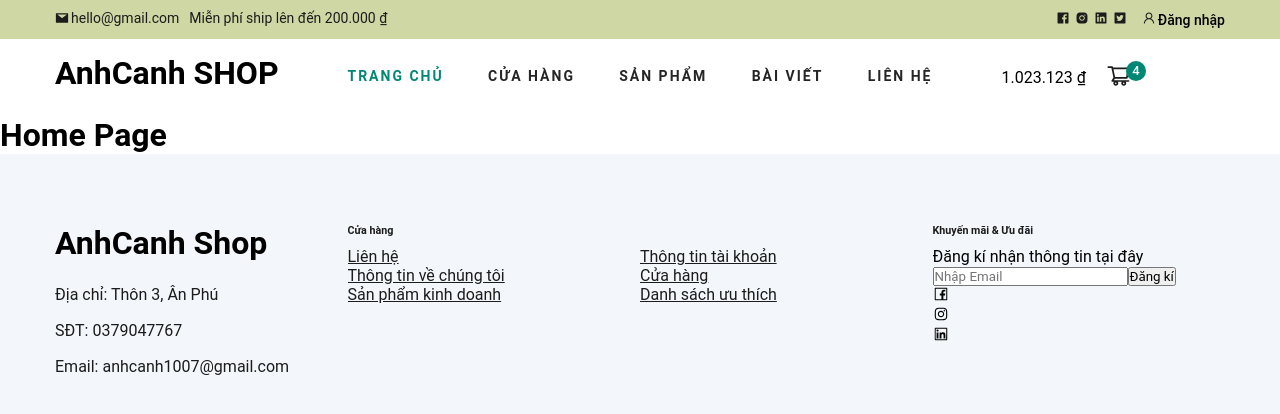
Repository: anhcanh1007/show_product
Page: /
An editor plug-in stored every save of this project. The page is shown before and after a run of saves, followed by the edit.
The browser window is 1280 px wide. The pictures show the whole page.
The project was rebuilt for these pictures with package versions that can differ from the ones it lists, and the page was loaded fresh each time. Imported but missing from the stored project, and not drawn on this page: src/pages/user/profilePage.

Above is the page before, as saved 2024-01-26 23:05:44.

### src/index.js
import React from "react";
import ReactDOM from "react-dom/client";
import { BrowserRouter } from "react-router-dom";
import RouterCustom from "./router";
import "./style/style.scss";

const root = ReactDOM.createRoot(document.getElementById("root"));
root.render(
  <BrowserRouter>
    <RouterCustom />
  </BrowserRouter>
);

// If you want to start measuring performance in your app, pass a function
// to log results (for example: reportWebVitals(console.log))
// or send to an analytics endpoint. Learn more: https://bit.ly/CRA-vitals

### src/router.js
import { ROUTERS } from "./utils/router";
import HomePage from "./pages/user/homePage";
import ProfilePage from "./pages/user/profilePage";
import { Route, Routes } from "react-router-dom";
import MasterLayout from "./pages/user/theme/masterLayout";

const renderUserRouter = () => {
  const userRouters = [
    {
      path: ROUTERS.USER.HOME,
      component: <HomePage />,
    },
    {
      path: ROUTERS.USER.PROFILE,
      component: <ProfilePage />,
    },
  ];

  return (
    <MasterLayout>
      <Routes>
        {userRouters.map((item, key) => (
          <Route key={key} path={item.path} element={item.component} />
        ))}
      </Routes>
    </MasterLayout>
  );
};

const RouterCustom = () => {
  return renderUserRouter();
};

export default RouterCustom;

### src/style/style.scss
@import './pages/all';
@import './pages/responsive';

### src/utils/router.js
export const ROUTERS = {
  USER: {
    HOME: "",
    PROFILE: "thong-tin-ca-nhan",
  },
};

### src/pages/user/homePage/index.js
import { memo } from "react";

const HomePage = () => {
  return <h1>Home Page</h1>;
};

export default memo(HomePage);

### src/pages/user/theme/masterLayout/index.js
import { memo } from "react";
import Header from "../header";
import Footer from "../footer";

const MasterLayout = ({ children, ...props }) => {
  return (
    <div {...props}>
      <Header />
      {children}
      <Footer />
    </div>
  );
};

export default memo(MasterLayout);

### src/style/pages/_all.scss
@use "sass:map";
@import './theme';
@import './responsive';

html, body {
    margin: 0;
}

* {
    font-family: Roboto;
    padding: 0;
    margin: 0;
}

.container {
    max-width: 1170px;
    width: 100%;
    padding-left: 15px;
    padding-right: 15px;
    // background: map.get($theme-colors, "main");
    margin: auto;
}

.row {
    display: flex;
    flex-wrap: wrap;
}

.col-6 {
    flex: 0 0 50%;
    max-width: 50%;
}

.col-lg-3 {
    flex: 0 0 25%;
    max-width: 25%;
}

.col-lg-6 {
    flex: 0 0 50%;
    max-width: 50%;
}

@include Responsive($DESTOP) {
    .col-xl-3 {
        flex: 0 0 25%;
        max-width: 25%;
    }
    .col-xl-6 {
        flex: 0 0 50%;
        max-width: 50%;
    }
}

@include Responsive($MEDIUM_DEVICE) {
    .col-lg-3 {
        flex: 0 0 25%;
        max-width: 25%;
        background: red;
    }
}

### src/style/pages/_theme.scss
$theme-colors : (
    "main" : #008874,
    "normal_text": #1c1c1c,
    "bold_text": #252525,
)

### src/style/pages/_responsive.scss
$DESTOP: "DESTOP";
$MEDIUM_DEVICE: "MEDIUM_DEVICE";
$TABLE_DEVICE: "TABLE_DEVICE";
$WIDE_MOBILE: "WIDE_MOBILE";
$SMALL_DEVICES: "SMALL_DEVICES";

@mixin Responsive($canvas) {
    @if $canvas == $DESTOP {
        @media only screen and (min-width: 1200px){
            @content;
        }
    } @else if $canvas == $MEDIUM_DEVICE {
        @media only screen and (min-width: 992px) and (max-width: 1199px){
            @content;
        }
    } @else if $canvas == $TABLE_DEVICE {
        @media only screen and (min-width: 768px) and (max-width: 991px){
            @content;
        }
    } @else if $canvas == $WIDE_MOBILE {
        @media only screen and (max-width: 767px){
            @content;
        }
    } @else if $canvas == $MEDIUM_DEVICE {
        @media only screen and (max-width: 575px){
            @content;
        }
    }
}

### src/pages/user/theme/header/index.js
import { memo, useState } from "react";
import {
  AiFillFacebook,
  AiFillInstagram,
  AiFillLinkedin,
  AiFillMail,
  AiFillTwitterSquare,
  AiOutlineShoppingCart,
  AiOutlineUser,
} from "react-icons/ai";
import "./style.scss";
import { Link } from "react-router-dom";
import { formater } from "utils/formater";
import { ROUTERS } from "utils/router";

const Header = () => {
  const [menus, setMenus] = useState([
    {
      name: "Trang chủ",
      path: ROUTERS.USER.HOME,
    },
    {
      name: "Cửa hàng",
      path: ROUTERS.USER.HOME,
    },
    {
      name: "Sản phẩm",
      path: "",
      isShowSubmenu: false,
      child: [
        {
          name: "Thịt",
          path: "",
        },
        {
          name: "Rau củ",
          path: "",
        },
        {
          name: "Thức ăn nhanh",
          path: "",
        },
      ],
    },
    {
      name: "Bài viết",
      path: ROUTERS.USER.HOME,
    },
    {
      name: "Liên hệ",
      path: ROUTERS.USER.HOME,
    },
  ]);
  return (
    <>
      <div className="header__top">
        <div className="container">
          <div className="row">
            <div className="col-6 header__top_left">
              <ul>
                <li>
                  <AiFillMail />
                  <span>hello@gmail.com</span>
                </li>
                <li>Miễn phí ship lên đến {formater(200000)}</li>
              </ul>
            </div>
            <div className="col-6 header__top_right">
              <ul>
                <li>
                  <Link to={""}>
                    <AiFillFacebook />
                  </Link>
                </li>
                <li>
                  <Link to={""}>
                    <AiFillInstagram />
                  </Link>
                </li>
                <li>
                  <Link to={""}>
                    <AiFillLinkedin />
                  </Link>
                </li>
                <li>
                  <Link to={""}>
                    <AiFillTwitterSquare />
                  </Link>
                </li>
                <li>
                  <Link to={""}>
                    <AiOutlineUser />
                  </Link>
                  <span>Đăng nhập</span>
                </li>
              </ul>
            </div>
          </div>
        </div>
      </div>
      <div className="container">
        <div className="row">
          <div className="col-xl-3">
            <div className="header__logo">
              <h1>AnhCanh SHOP</h1>
            </div>
          </div>
          <div className="col-xl-6">
            <nav className="header__menu">
              <ul>
                {menus?.map((menu, menuKey) => (
                  <li key={menuKey} className={menuKey === 0 ? "active" : ""}>
                    <Link to={menu.path}>{menu.name}</Link>
                    {menu.child && (
                      <ul className="header__menu_dropdown">
                        {menu.child.map((childItem, childKey) => (
                          <li key={`${menuKey}-${childKey}`}>
                            <Link to={childItem.path}>{childItem.name}</Link>
                          </li>
                        ))}
                      </ul>
                    )}
                  </li>
                ))}
              </ul>
            </nav>
          </div>
          <div className="col-xl-3">
            <div className="header__cart">
              <div className="header__cart_price">
                <span>{formater(1023123)}</span>
              </div>
              <ul>
                <li>
                  <Link to="#">
                    <AiOutlineShoppingCart /> <span>4</span>
                  </Link>
                </li>
              </ul>
            </div>
          </div>
        </div>
      </div>
    </>
  );
};

export default memo(Header);

### src/pages/user/theme/footer/index.js
import { memo } from "react";
import "./style.scss";
import { Link } from "react-router-dom";
import {
  AiOutlineFacebook,
  AiOutlineInstagram,
  AiOutlineLinkedin,
} from "react-icons/ai";

const Footer = () => {
  return (
    <>
      <footer className="footer">
        <div className="container">
          <div className="row">
            <div className="col-lg-3">
              <div className="footer__about">
                <h1 className="footer__about_logo">AnhCanh Shop</h1>
                <ul>
                  <li>Địa chỉ: Thôn 3, Ân Phú</li>
                  <li>SĐT: 0379047767</li>
                  <li>Email: anhcanh1007@gmail.com</li>
                </ul>
              </div>
            </div>
            <div className="col-lg-6">
              <div className="footer__widget">
                <h6>Cửa hàng</h6>
                <ul>
                  <li>
                    <Link to="">Liên hệ</Link>
                  </li>
                  <li>
                    <Link to="">Thông tin về chúng tôi</Link>
                  </li>
                  <li>
                    <Link to="">Sản phẩm kinh doanh</Link>
                  </li>
                </ul>
                <ul>
                  <li>
                    <Link to="">Thông tin tài khoản</Link>
                  </li>
                  <li>
                    <Link to="">Cửa hàng</Link>
                  </li>
                  <li>
                    <Link to="">Danh sách ưu thích</Link>
                  </li>
                </ul>
              </div>
            </div>
            <div className="col-lg-3">
              <div className="footer__widget">
                <h6>Khuyến mãi & Ưu đãi</h6>
                <p>Đăng kí nhận thông tin tại đây</p>
                <form action="#">
                  <div>
                    <input type="text" placeholder="Nhập Email" />
                    <button type="submit" className="submit-button">
                      Đăng kí
                    </button>
                  </div>
                  <div>
                    <div>
                      <AiOutlineFacebook />
                    </div>
                    <div>
                      <AiOutlineInstagram />
                    </div>
                    <div>
                      <AiOutlineLinkedin />
                    </div>
                  </div>
                </form>
              </div>
            </div>
          </div>
        </div>
      </footer>
    </>
  );
};

export default memo(Footer);

### src/pages/user/theme/header/style.scss
@use "sass:map";
@import 'style/pages/_theme.scss';
.header__top{
    background-color: #CFD7A4;
}

.header__top_left {
    padding: 10px 0 10px;
    ul {
        display: flex;
        align-items: center;
        column-gap: 10px;
        list-style: none;

        li{
            font-size: 14px;
            color: map.get($theme-colors, "normal_text");
            display: flex;
            align-items: center;
            column-gap: 2px;
        }
    }
}

.header__top_right {
    display: flex;
    justify-content: flex-end;
    padding: 10px 0 10px;
    align-items: center;

    ul {
        display: flex;
        column-gap: 5px;
        list-style: none;

        li:last-child{
            margin-left: 10px;

            span {
                font-size: 14px;
                margin-left: 2px;
                font-weight: 500;
            }
        }

        a {
            font-size: 14px;
            display: inline-block;
            color: map.get($theme-colors, "normal_text");
        }
    }
}

.header__logo {
    padding: 15px 0;
}

.header__menu {
    padding: 24px 0;

    ul {
        display: flex;
        justify-content: space-between;

        li {
            list-style: none;

            a {
                text-decoration: none;
                font-size: 14px;
                color: map.get($theme-colors, 'bold_text');
                font-weight: bold;
                text-transform: uppercase;
                letter-spacing: 2px;
                transition: all 0.3s;
                padding: 5px 0;
                display: block;
            }
        }

        li:hover .header__menu_dropdown {
            opacity: 1;
            visibility: visible;
        }

        .active a{
            color: map.get($theme-colors, 'main');
        }

        .header__menu_dropdown {
            background-color: #222222;
            display: block;
            position: absolute;
            width: 180px;
            z-index: 9;
            padding: 5px 0;
            transition: all, 0.3s;
            opacity: 0;
            visibility: hidden;

            a{
                text-transform: capitalize;
                color: #ffffff;
                font-weight: 400;
                padding: 5px 15px;
            }

            :hover {
                color: map.get($theme-colors, 'main');
            }
        }
    }
}

.header__cart {
    display: flex;
    justify-content: center;
    align-items: center;
    padding: 24px 0;

    ul {
        display: flex;
        margin-right: 25px;

        li {
            list-style: none;
            position: relative;
            margin-left: 20px;

            svg {
                font-size: 25px;
                color: map.get($theme-colors, "normal_text");
            }

            span {
                color: white;
                background-color: map.get($theme-colors, "main");
                position: absolute;
                height: 20px;
                width: 20px;
                border-radius: 40px;
                display: inline-block;
                text-align: center;
                line-height: 20px;
                font-size: 13px;
                font-weight: 500;
                left: 20px;
                top: -2px;
            }
        }
    }

}

### src/utils/formater.js
export const formater = (number) => {
  return new Intl.NumberFormat("vi-VN", {
    style: "currency",
    currency: "VND",
  }).format(number);
};

### src/pages/user/theme/footer/style.scss
@use "sass:map";
@import 'style/pages/_theme.scss';

.footer {
    background: #F3F6FA;
    padding-top: 70px;
    padding-bottom: 0;
    .footer__about {
        margin-bottom: 30px;

        .footer__about_logo {
            margin-bottom: 15px;
            display: inline-block;
        }

        ul {

            li {
                list-style: none;
                color: map.get($theme-colors, 'normal_text');
                font-style: 16px;
                line-height: 36px;
            }
        }
    }

    .footer__widget {
        margin-bottom: 30px;
        overflow: hidden;

        h6 {
            color: map.get($theme-colors,'normal_text');
            margin-bottom: 10px;
            font-style: 16px;
            font-weight: 700;
        }

        ul {
            float: left;
            width: 50%;

            li {
                list-style: none;

                a {
                    color: map.get($theme-colors,'normal_text');

                }
            }
        }
    }
}

Loaded but not shown: public/index.html (common file)

After the next 4 saves:
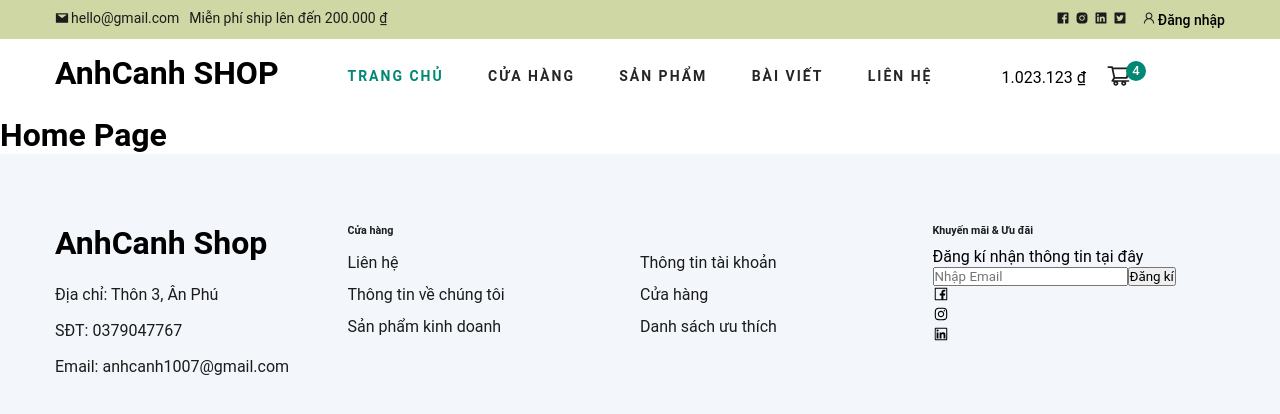
The 4 saves are shown as one change because they came seconds apart.
The last was saved 17 s later.
--- a/src/pages/user/theme/footer/style.scss
+++ b/src/pages/user/theme/footer/style.scss
@@ -44,7 +44,9 @@
 
                 a {
                     color: map.get($theme-colors,'normal_text');
-
+                    font-style: 14px;
+                    line-height: 32px;
+                    text-decoration: none;
                 }
             }
         }
